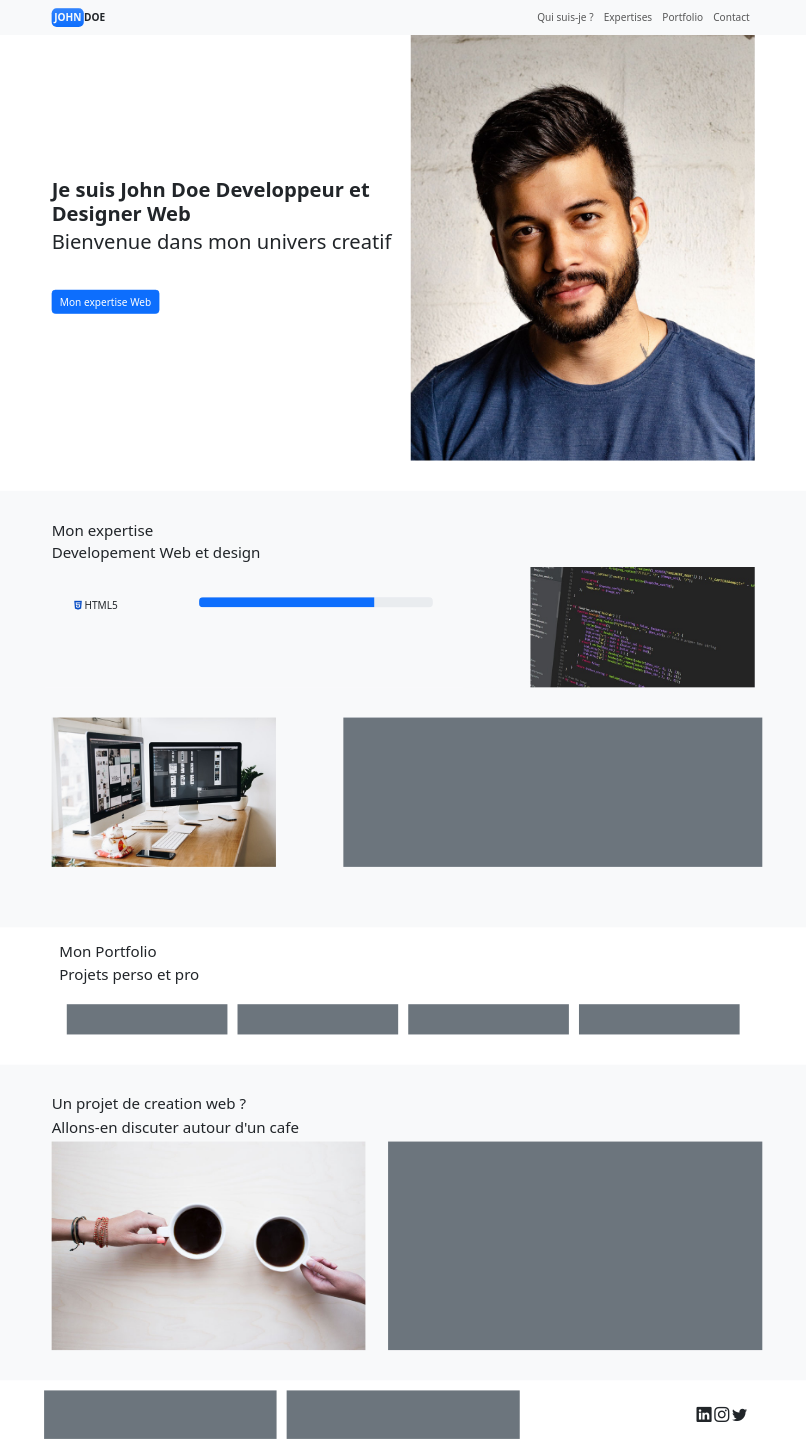
Repository: wadelfadill/Bootstrap_tache_1_portfolio
Page: index.html
The author's editor kept a copy of each file at every save. The page is drawn from the files as they stood at one save, then again after the next save.
The browser window is 1280 px wide. The pictures show the whole page, at 63% of full size.
Some web libraries are served in a nearby version.

Above is the page before, as saved 2023-03-28 12:51:10.

After the next save:
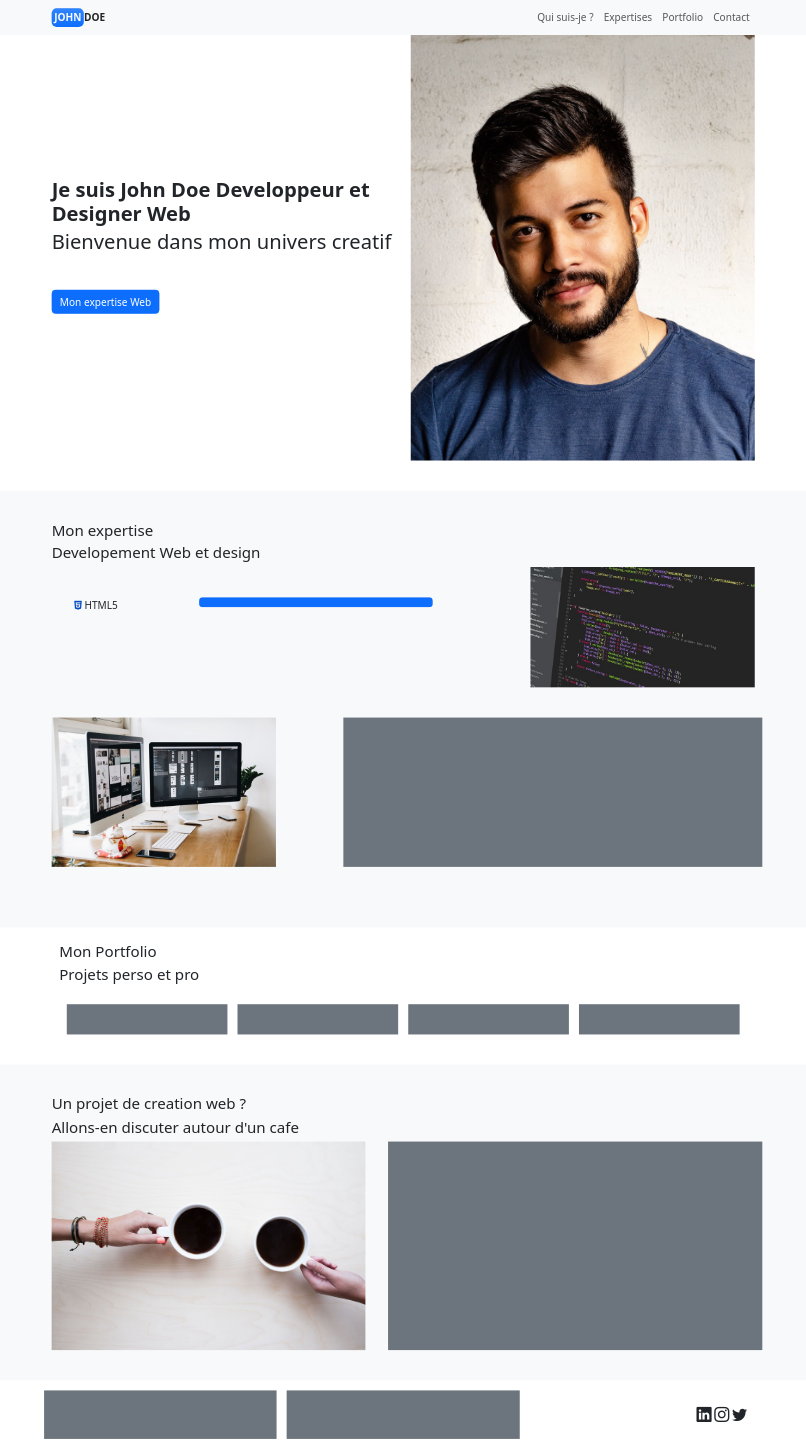
Saved 60 s later.
--- a/index.html
+++ b/index.html
@@ -70,7 +70,7 @@
                             </div>
                             <div class="col-8 offset-1">
                                 <div class="progress">
-                                    <div class="progress-bar" role="progressbar" style="width: 75%" aria-valuenow="75" aria-valuemin="0" aria-valuemax="100"></div>
+                                    <div class="progress-bar" role="progressbar" style="width: 100%" aria-valuenow="75" aria-valuemin="0" aria-valuemax="100"></div>
                                 </div>
                             </div>
                         </div>

After the save that followed:
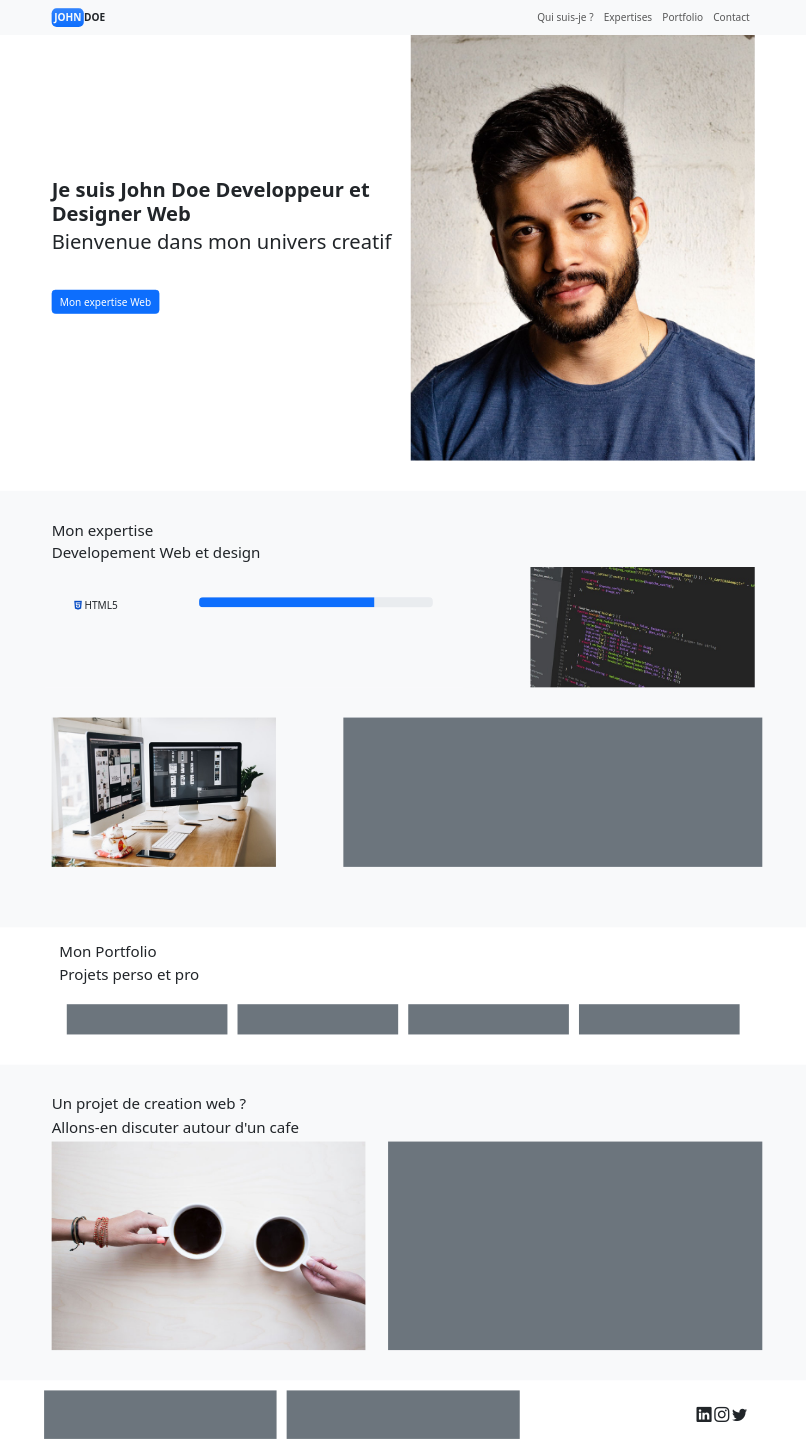
Saved 15 s later.
--- a/index.html
+++ b/index.html
@@ -70,7 +70,7 @@
                             </div>
                             <div class="col-8 offset-1">
                                 <div class="progress">
-                                    <div class="progress-bar" role="progressbar" style="width: 100%" aria-valuenow="75" aria-valuemin="0" aria-valuemax="100"></div>
+                                    <div class="progress-bar" role="progressbar" style="width: 75%" aria-valuenow="75" aria-valuemin="0" aria-valuemax="100"></div>
                                 </div>
                             </div>
                         </div>
